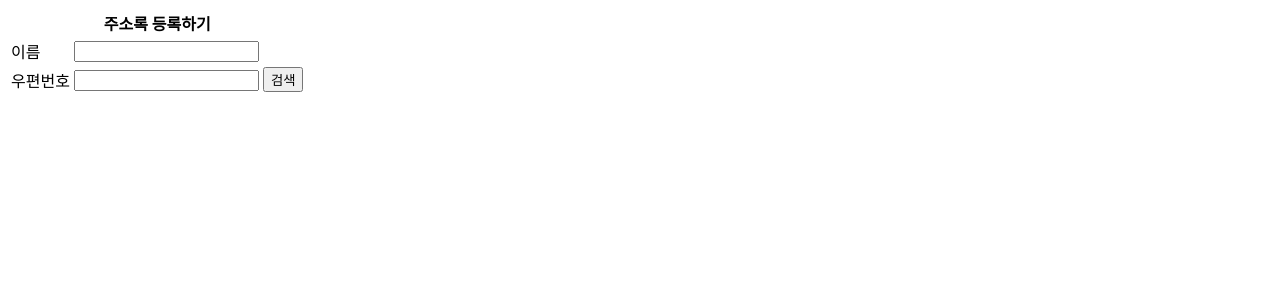
Repository: BosuMamemon/JSP_work
Page: http://localhost/JSP_Project/address/02-28 insert.jsp
These files come from the project's save history. The page is drawn as it stood at one moment and after the next save; the edit follows.
The browser window is 1280 px wide. The pictures show the whole page.
The page is served by Tomcat 9. Other server files are loaded and not shown.

Above is the page before, as saved 2025-02-28 01:09:23.

### workspace/JSP_Project/src/main/webapp/address/02-28 insert.jsp
<%@ page language="java" contentType="text/html; charset=UTF-8"
    pageEncoding="UTF-8"%>
<!DOCTYPE html>
<html>
	<head>
	<meta charset="UTF-8">
	<title>Insert</title>
	</head>

	<body>
		<form>
			<table>
				<tr>
					<th colspan="2">주소록 등록하기</th>
				</tr>
				<tr>
					<td>이름</td>
					<td><input type="text" name="name" id="name"></td>
				</tr>
				<tr>
					<td>우편번호</td>
					<td>
						<input type="text" name="address" id="address">
						<button type="button">검색</button>
					</td>
				</tr>
				<tr>
					<td></td>
					<td></td>
				</tr>
				<tr>
					<td></td>
					<td></td>
				</tr>
				<tr>
					<td></td>
					<td></td>
				</tr>
			</table>
		</form>
	</body>
</html>

After the next save:
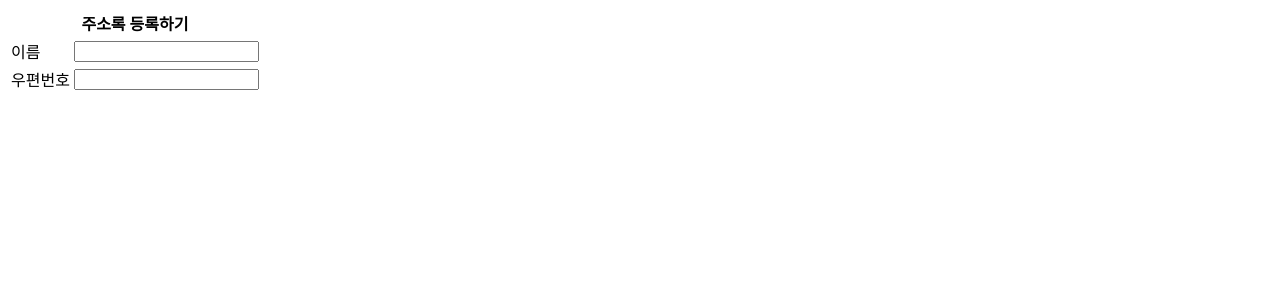
Saved 17 s later.
--- a/workspace/JSP_Project/src/main/webapp/address/02-28 insert.jsp
+++ b/workspace/JSP_Project/src/main/webapp/address/02-28 insert.jsp
@@ -21,7 +21,7 @@
 					<td>우편번호</td>
 					<td>
 						<input type="text" name="address" id="address">
-						<button type="button">검색</button>
+						<button type="button" id="address_button>검색</button>
 					</td>
 				</tr>
 				<tr>

After the save that followed:
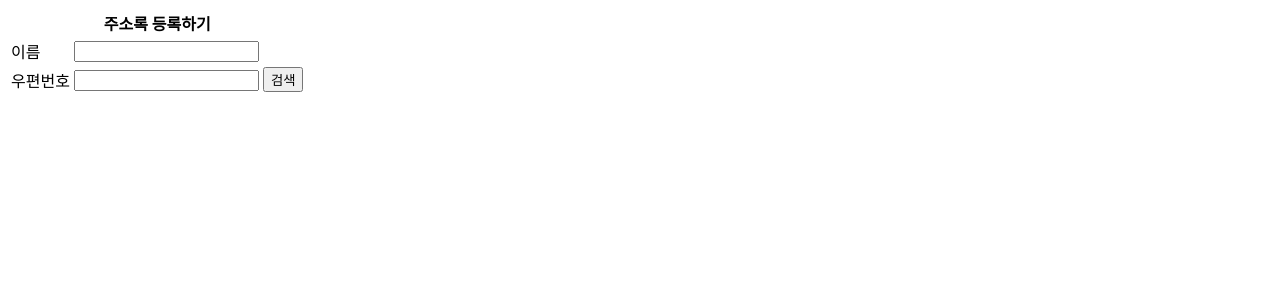
Saved 4 s later.
--- a/workspace/JSP_Project/src/main/webapp/address/02-28 insert.jsp
+++ b/workspace/JSP_Project/src/main/webapp/address/02-28 insert.jsp
@@ -21,7 +21,7 @@
 					<td>우편번호</td>
 					<td>
 						<input type="text" name="address" id="address">
-						<button type="button" id="address_button>검색</button>
+						<button type="button" id="address_button">검색</button>
 					</td>
 				</tr>
 				<tr>
